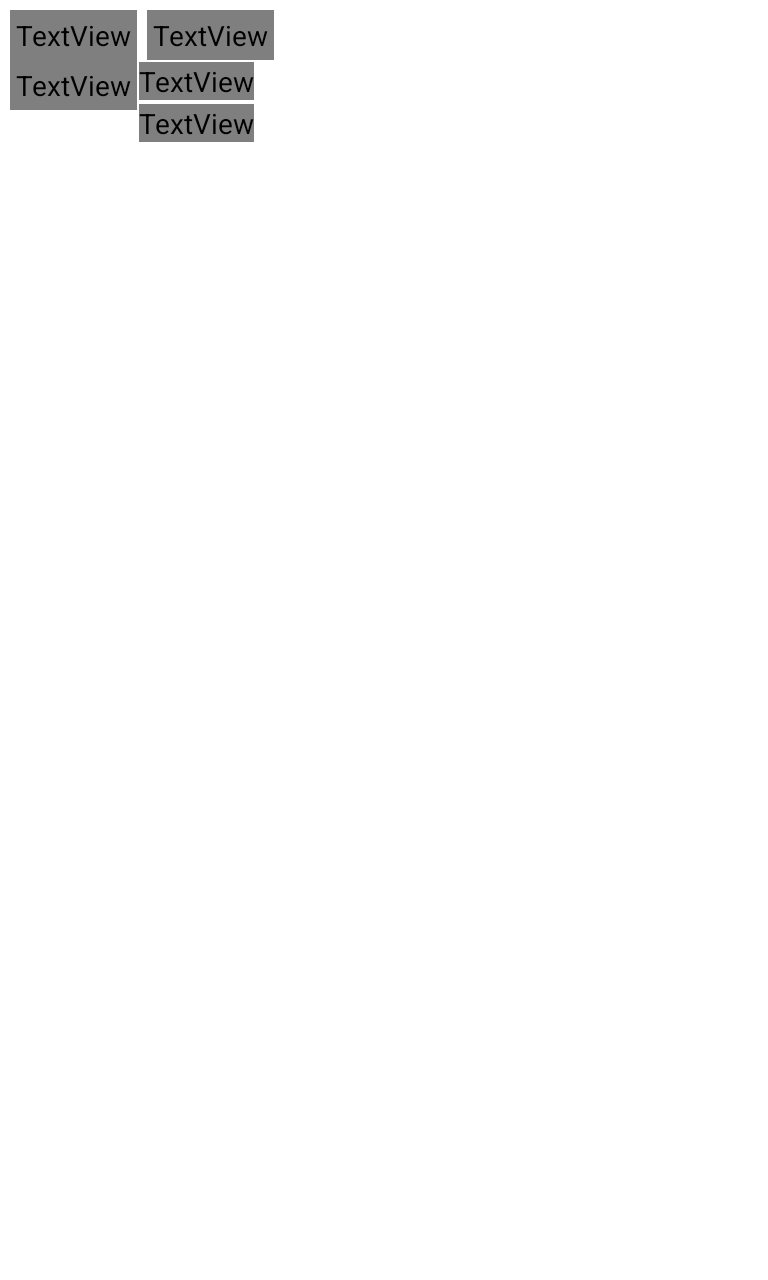
Repository: jascrer/Sistema_de_Inclusiones_IC-ITCR
Layout: ITCR.Inclutec/res/layout/detail_child_row.xml
These files come from the project's save history. The layout is drawn as it stood at one moment and after the next save; the edit follows.
Pictures or frames that could not be fetched are drawn as grey boxes. It is drawn on a 768 x 1280 px phone screen (xhdpi) without system bars, with theme AppTheme; the app's code is not run. The app's manifest (not shown) leaves right-to-left support off. So textAlignment, textDirection and layoutDirection are ignored, and left and right values win over start and end ones.

Above is the layout before, as saved 2014-01-08 04:17:04.

After the next save:
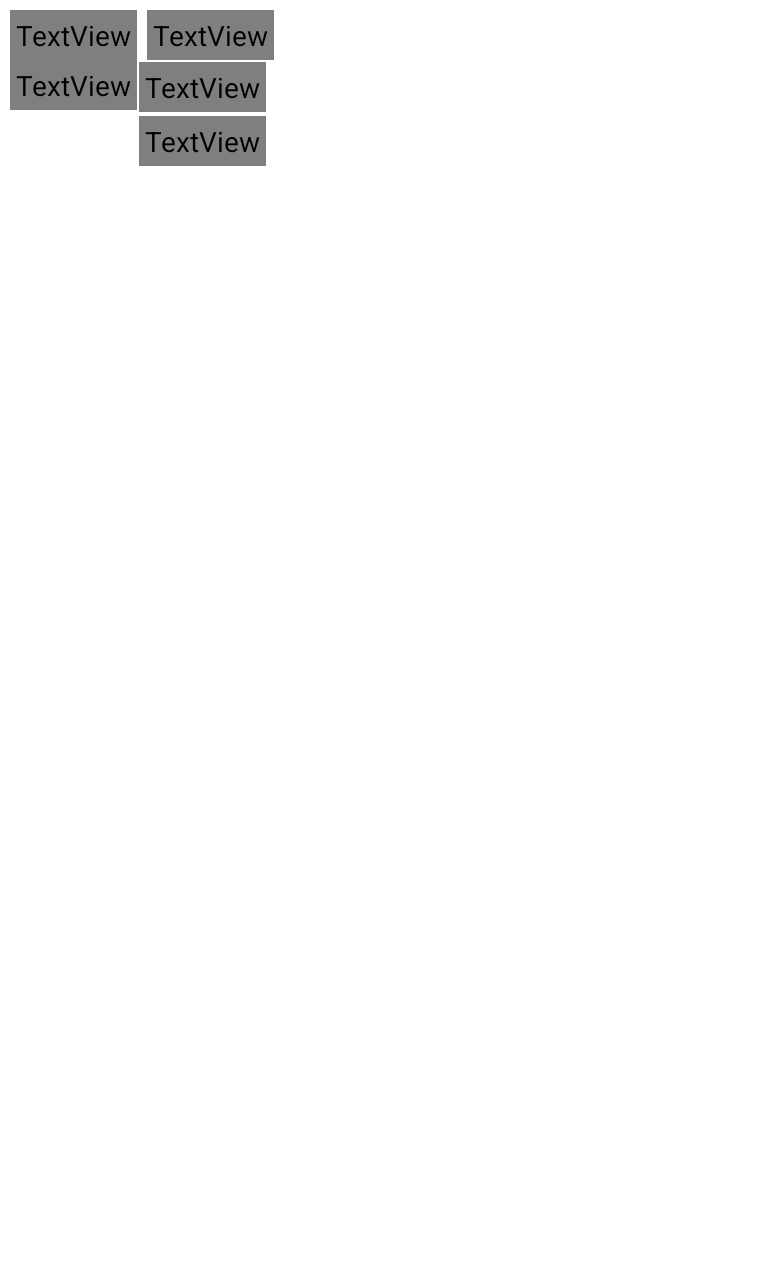
Saved 29 s later.
--- a/ITCR.Inclutec/res/layout/detail_child_row.xml
+++ b/ITCR.Inclutec/res/layout/detail_child_row.xml
@@ -56,7 +56,8 @@
             android:id="@+id/lbl_Horario"
             android:focusable="false"
 	    	android:textSize="16sp"
-	    	android:layout_paddingLeft="5dip"
+	    	android:padding="3dip"
+	    	android:layout_marginLeft="5dip"
 	    	android:textStyle="normal"
 	    	android:textColor="#ffffff"
 	        android:fontFamily="droid_serif"
@@ -71,6 +72,8 @@
             android:id="@+id/lbl_Sede"
             android:focusable="false"
 	    	android:textSize="16sp"
+	    	android:padding="3dip"
+	    	android:layout_marginLeft="5dip"
 	    	android:textStyle="normal"
 	    	android:textColor="#ffffff"
 	        android:fontFamily="droid_serif"
@@ -78,7 +81,6 @@
 	    	android:layout_height="wrap_content"
 	    	android:layout_below="@+id/lbl_Horario"
 	    	android:layout_toRightOf="@+id/lbl_ForGrupo"
-	    	android:layout_paddingLeft="5dip"
 	    	android:layout_margin="1dip"/>
 
 
